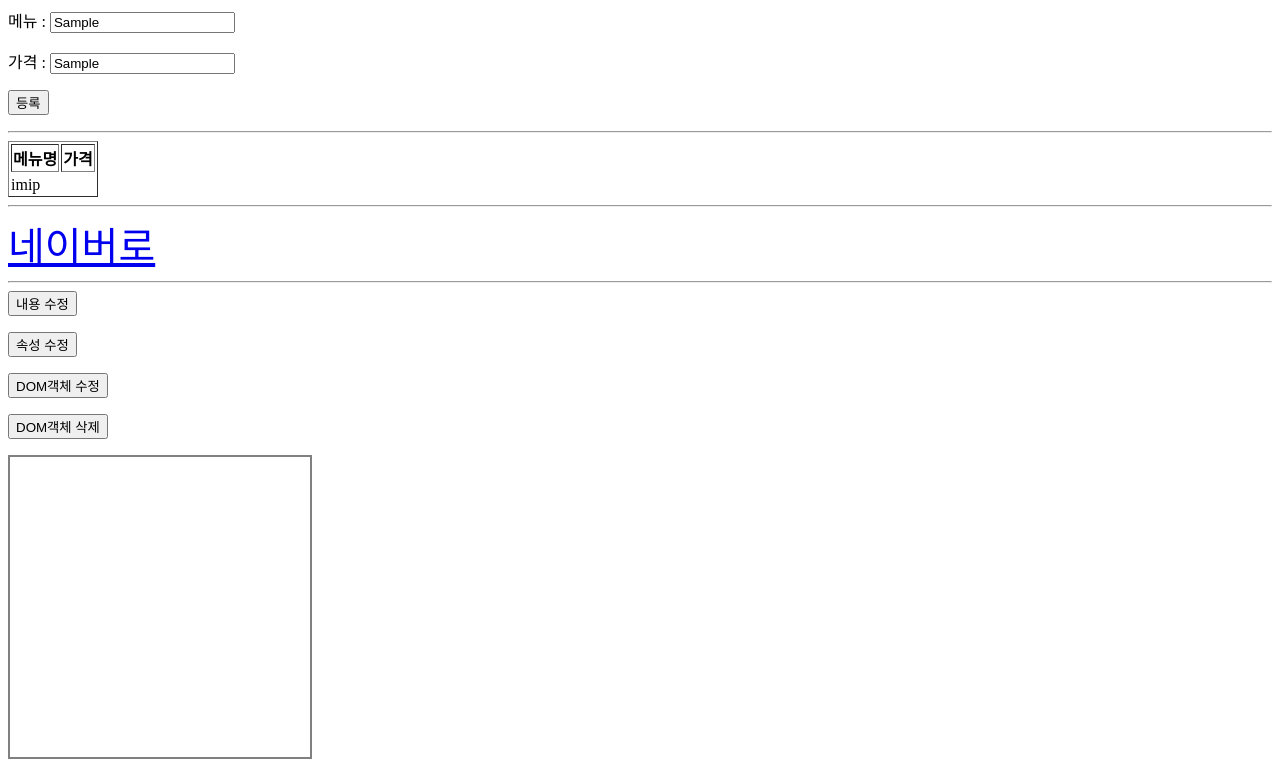
Repository: womss/sexyguy
Page: Spring/Feb14_1_jQuery/WebContent/1_DOM.html
The author's editor kept a copy of each file at every save. The page is drawn from the files as they stood at one save, then again after the next save.
The browser window is 1280 px wide. The pictures show the whole page.
Empty fields were first filled with sample values (such as "Sample", 5 or name@example.com).
After loading, the first visible `#btn1` was clicked once.

Above is the page before, as saved 2025-02-14 01:59:27.

After the next save:
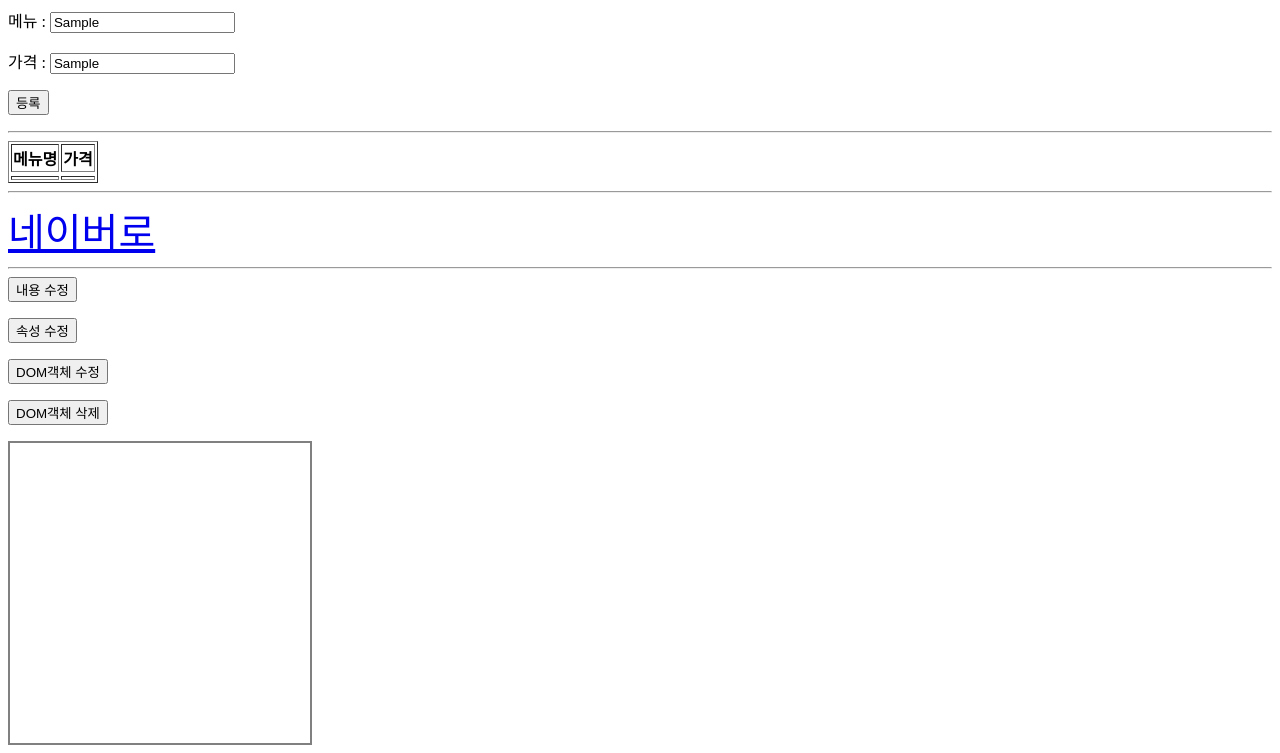
Saved 16 s later.
--- a/Spring/Feb14_1_jQuery/WebContent/1_DOM.html
+++ b/Spring/Feb14_1_jQuery/WebContent/1_DOM.html
@@ -104,8 +104,8 @@ div {
 			let ip = $("<th></th>").text(p);
 
 			$("tbody").append("<tr>");
-			$("tbody").append("im");
-			$("tbody").append("ip");
+			$("tbody").append(im);
+			$("tbody").append(ip);
 			$("tbody").append("</tr>");
 
 		});
